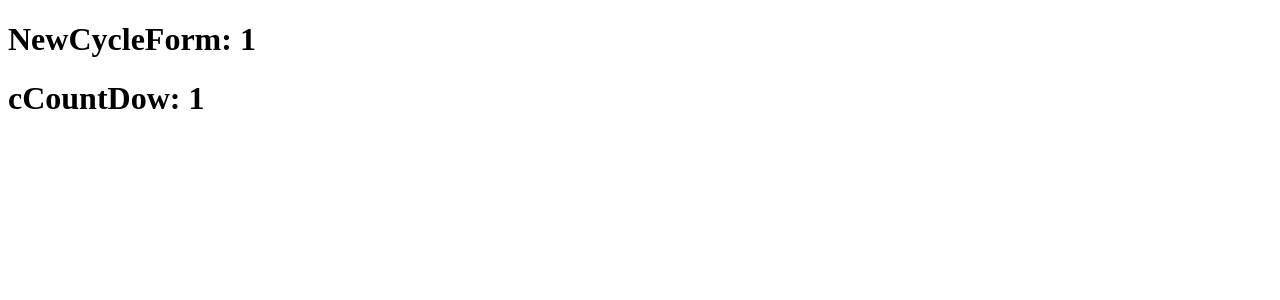
Repository: caueenrico/CoffeDelivery
Page: /
An editor plug-in stored every save of this project. The page is shown before and after the next save, followed by the edit.
The browser window is 1280 px wide. The pictures show the whole page.
The project was rebuilt for these pictures with package versions that can differ from the ones it lists, and the page was loaded fresh each time. Also part of the build but not shown: vite.config.ts.

Above is the page before, as saved 2022-09-29 18:45:24.

### index.html
<!DOCTYPE html>
<html lang="en">
  <head>
    <meta charset="UTF-8" />

    <link rel="preconnect" href="https://fonts.googleapis.com" />
    <link rel="preconnect" href="https://fonts.gstatic.com" crossorigin />
    <link
      href="https://fonts.googleapis.com/css2?family=Baloo+2:wght@700;800&family=Roboto:wght@400;700&display=swap"
      rel="stylesheet"
    />

    <link rel="icon" type="image/svg+xml" href="/vite.svg" />
    <meta name="viewport" content="width=device-width, initial-scale=1.0" />
    <title>Vite + React + TS</title>
  </head>
  <body>
    <div id="root"></div>
    <script type="module" src="/src/main.tsx"></script>
  </body>
</html>

### src/App.tsx
import { BrowserRouter } from "react-router-dom";
import { ThemeProvider } from "styled-components";
import { HomeContext } from "./HomeContext";
import { Router } from "./Router";
import { defaultTheme } from "./styles/themes/default";
import { GlobalStyle } from "./styles/themes/global";

export function App() {
  return (

    <>
    <HomeContext/>
    </>
    // <ThemeProvider theme={defaultTheme}>
    //   <BrowserRouter>
    //     <Router />
    //   </BrowserRouter>
    //   <GlobalStyle />
    // </ThemeProvider>
  );
}

### src/HomeContext.tsx
import { createContext, useContext } from "react";

const CyclesContext = createContext({
  activeCycle: 1,
})

function NewCycleForm() {
  const {activeCycle} = useContext(CyclesContext)

  return <h1>NewCycleForm: {activeCycle}

  </h1>
}

function CountDown () {
  const {activeCycle} = useContext(CyclesContext)
  return <h1>cCountDow: {activeCycle} </h1>
}


export function HomeContext() {
  return (
    <div>
      <div>
        <NewCycleForm />
        <CountDown />
      </div>

    </div>
  );
}

Loaded but not shown: src/main.tsx (common file)

After the next save:
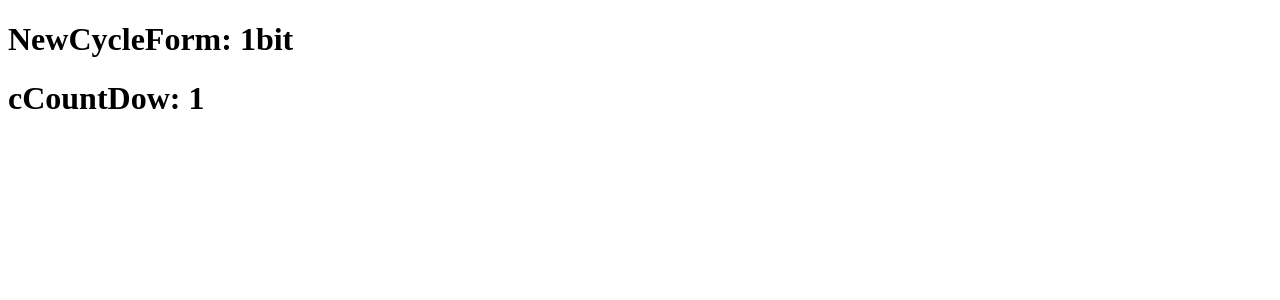
Saved 25 s later.
--- a/src/HomeContext.tsx
+++ b/src/HomeContext.tsx
@@ -8,7 +8,7 @@ function NewCycleForm() {
   const {activeCycle} = useContext(CyclesContext)
 
   return <h1>NewCycleForm: {activeCycle}
-
+  bit
   </h1>
 }
 
